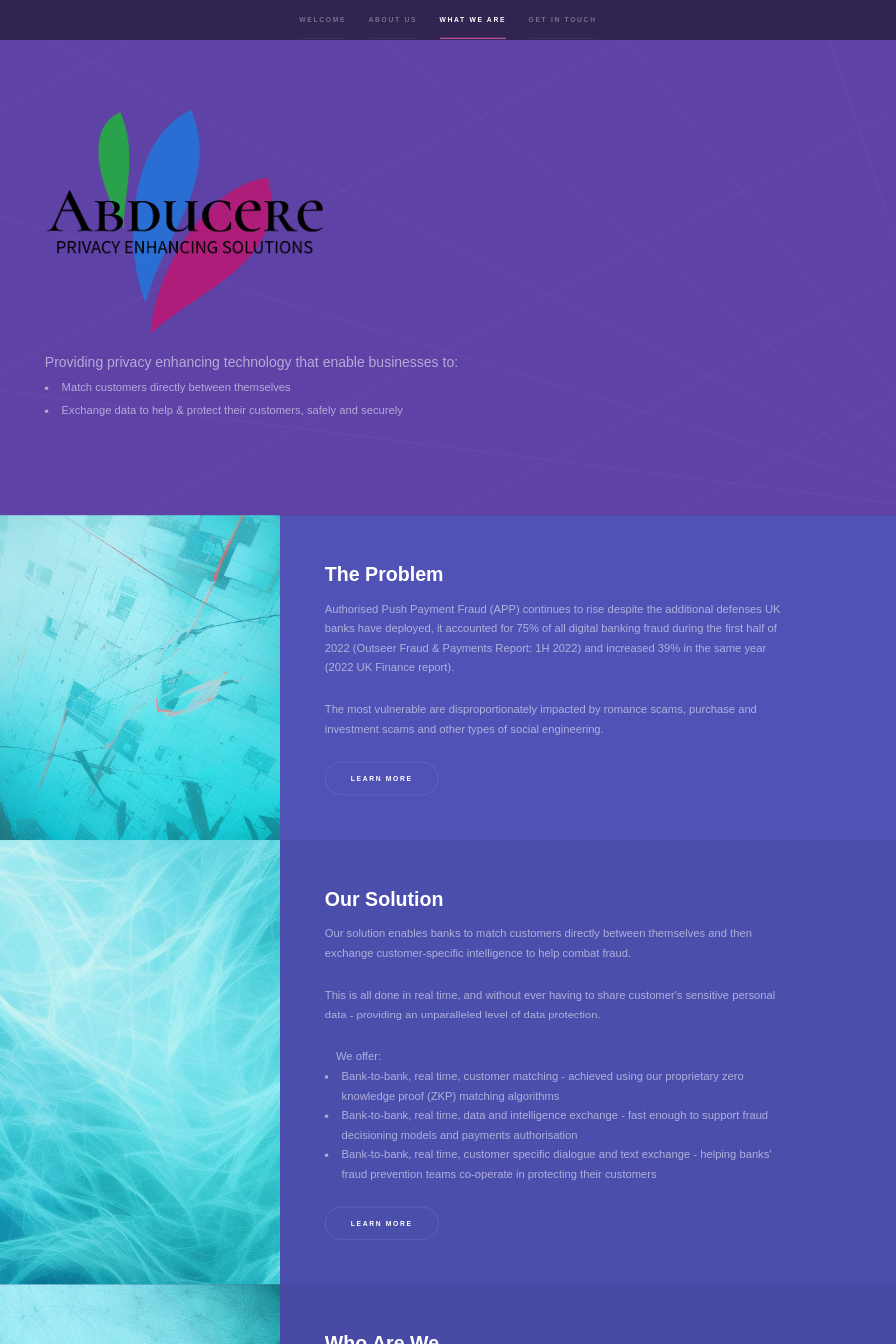
Repository: nocnoc94/nocnoc94.github.io
Page: index.html
The author's editor kept a copy of each file at every save. The page is drawn from the files as they stood at one save, then again after the next save.
The browser window is 1280 px wide. The pictures show the part of the page from y = 0 to 1920 px (the page is 4655 px tall), at 70% of full size.

Above is the page before, as saved 2024-03-20 18:44:40.

### index.html
<!DOCTYPE HTML>
<html>

<head>
  <title>Abducere</title>
  <meta charset="utf-8" />
  <meta name="viewport" content="width=device-width, initial-scale=1, user-scalable=no" />
  <link rel="icon" href="/static/images/favicon.ico" type="image/x-icon">
  <link rel="stylesheet" href="/static/css/main.css" />
  <noscript>
    <link rel="stylesheet" href="/static/css/noscript.css" />
  </noscript>
</head>

<body class="is-preload">

  <!-- Sidebar -->
  <section id="sidebar">
    <div class="inner">
      <nav>
        <ul>
          <li><a href="#intro">Welcome</a></li>
          <li><a href="#one">About us</a></li>
          <li><a href="#two">What we are</a></li>
          <li><a href="#three">Get in touch</a></li>
        </ul>
      </nav>
    </div>
  </section>

  <!-- Wrapper -->
  <div id="wrapper">

    <!-- Intro -->
    <section id="intro" class="wrapper style1 fullscreen fade-up">
      <div class="inner">
        <a id="introLogo" class="image"><img src="/static/images/abducere-logo-1.png" alt=""
            data-position="left left" /></a>
        <!-- <h1>Abducere</h1> -->
        <p id="introText">Providing privacy enhancing technology that enable businesses to: </p>
        <ul>
          <li id="introText">Match customers directly between themselves</li>
          <li id="introText">Exchange data to help & protect their customers, safely and securely</li>
        </ul>
        <ul class="actions">
          <li></li>
        </ul>
      </div>
    </section>

    <!-- One -->
    <section id="one" class="wrapper style2 spotlights">
      <section>
        <a class="image"><img src="/static/images/SD2.png" alt="" data-position="top center" /></a>
        <div class="content">
          <div class="inner">
            <h2>The Problem</h2>
            <p>Authorised Push Payment Fraud (APP) continues to rise
              despite the additional defenses UK banks have deployed, it accounted for 75% of all digital
              banking fraud during the first half of 2022 (Outseer Fraud & Payments Report: 1H 2022) and
              increased 39%
              in the same year (2022 UK Finance report).</p>
            <p>The most vulnerable are
              disproportionately impacted by romance scams, purchase and investment
              scams and other types of social engineering.&nbsp; <br></p>
            <ul class="actions">
              <li><a href="the-problem.html" class="button">Learn more</a></li>
            </ul>
          </div>
        </div>
      </section>
      <section>
        <a class="image"><img src="/static/images/SD3.png" alt="" data-position="25% 25%" /></a>
        <div class="content">
          <div class="inner">
            <h2>Our Solution</h2>
            <p>Our solution enables banks to match customers directly between themselves and then exchange
              customer-specific intelligence to help combat fraud.</p>
            <p>This is all done in real time, and without ever having to share customer's sensitive personal data -
              providing an unparalleled level of data protection. </p>
            <ul> We offer:
              <li>Bank-to-bank, real time, customer matching - achieved using our proprietary zero knowledge proof (ZKP)
                matching algorithms</li>
              <li>Bank-to-bank, real time, data and intelligence exchange - fast enough to support fraud decisioning
                models and payments authorisation</li>
              <li>Bank-to-bank, real time, customer specific dialogue and text exchange - helping banks' fraud
                prevention teams co-operate in protecting their customers</li>
            </ul>
            <ul class="actions">
              <li><a href="our-solution.html" class="button">Learn more</a></li>
            </ul>
          </div>
        </div>
      </section>
      <section>
        <a class="image"><img src="/static/images/SD1.png" alt="" data-position="center center" /></a>
        <div class="content">
          <div class="inner">
            <h2>Who Are We</h2>
            <p>We pioneer in providing a secure, trusted network service dedicated to real-time,
              zero-knowledge proof fuzzy customer matching and data exchange. Our mission is not just to
              connect financial institutions but to revolutionise how they protect and serve their
              customers with utmost privacy and security.
            </p>
            <ul class="actions">
              <li><a href="who-we-are.html" class="button">Learn more</a></li>
            </ul>
          </div>
        </div>
      </section>
    </section>

    <!-- Two -->
    <section id="two" class="wrapper style3 fade-up">
      <div class="inner">
        <h2>What We Are</h2>
        <p>Our privacy-by-design software enables direct peer-to-peer customer matching and information exchange
          between organisations.</p>
        <div class="features">
          <section>
            <span class="icon solid major fa-circle-nodes"></span>
            <h3>Distributed</h3>
            <p>We create a peer-to-peer trusted network of organisations which allows them to match
              customers and exchange
              information through cloud based services and distributed event streaming
              technology.</p>
          </section>
          <section>
            <span class="icon solid major fa-lock"></span>
            <h3>Secure</h3>
            <p>Sensitive customer personal data never has to leave your secure domain.</p>
            <p>Customer matching is done using an array of cryptographic hashes, and our proprietary zero
              knowledge proof (ZKP) matching algorithms.</p>
          </section>
          <section>
            <span class="icon solid major fa-magnifying-glass"></span>
            <h3>Auditable</h3>
            <p>The logic used to determine a customer match across the network is fully traceable and
              auditable.</p>
            <p>We understand how important it is for clients to be able to justify decisions and their
              impact on customer outcomes. We don't use complex 'black box' models.</p>
          </section>
          <section>
            <span class="icon solid major fa-brain"></span>
            <h3>Intelligent</h3>
            <p>Our proprietary fuzzy matching algorithms are at the heart of our
              solution and are protected by a patent. We can match customer data across financial
              institutions, quickly and accurately. The fuzzy logic component means we can overcome common
              challenges such as poor data quality, linguistic variations in names, and outdated contact
              details.</p>
          </section>
          <section>
            <span class="icon solid major fa-bolt-lightning"></span>
            <h3>Fast</h3>
            <p>We use the latest cutting-edge technology and design
              paradigms in order to provide the fastest concurrent exchange of information
              possible, while being highly scalable.</p>
          </section>
          <section>
            <span class="icon solid major fa-award"></span>
            <h3>Validated</h3>
            <p>Our prototype was used successfully by banks in an 2019 FCA
              TechSprint, sponsored by the Financial Regulatory Authority. We worked
              with 5 banks, to help exchange data to spot anomalies across a network.</p>
            <p>We have also worked closely with EY in their 2023 Innovation Lab where we rigorously tested
              our product and tailored it to real world needs faced by the industry</p>
          </section>
        </div>
        <ul class="actions">
          <li></li>
        </ul>
      </div>
    </section>

    <!-- Three -->
    <section id="collaborators" class="wrapper style2">
      <div class="inner">
        <h2 class="major"> In collaboration with</h2>
        <div class="collab-container">
          <a class="collabLogo image"><img src="/static/images/EY-logo.png" alt="" data-position="center center" /></a>
          <!-- <a class="collabLogo image"><img src="/static/images/FCA-logo.png" alt="" data-position="center center" /></a> -->
          <!-- <a class="collabLogo image"><img src="/static/images/Stop-Scams-UK-logo.webp" alt=""
              data-position="center center" /></a> -->
        </div>
      </div>
    </section>

    <!-- Four -->
    <section id="three" class="wrapper style1 fade-up">
      <div class="inner">
        <h2>Get in touch</h2>
        <p>Feel free to get in touch or to book a demo</p>
        <div class="split style1">
          <section>
            <form method="post" action="#">
              <div class="fields">
                <div class="field half">
                  <label for="name">Name</label>
                  <input type="text" name="name" id="name" />
                </div>
                <div class="field half">
                  <label for="email">Email</label>
                  <input type="text" name="email" id="email" />
                </div>
                <div class="field">
                  <label for="message">Message</label>
                  <textarea name="message" id="message" rows="5"></textarea>
                </div>
              </div>
              <ul class="actions">
                <li><a href="" class="button submit">Send Message</a></li>
              </ul>
            </form>
          </section>
          <section>
            <ul class="contact">
              <li>
                <h3>Email</h3>
                <a href="#">information@abducere.com</a>
              </li>
              <li>
                <h3>Social</h3>
                <ul class="icons">
                  <li><a href="https://www.linkedin.com/company/abducere/about/"
                      class="icon brands fa-linkedin-in"><span class="label">LinkedIn</span></a></li>
                </ul>
              </li>
            </ul>
          </section>
        </div>
      </div>
    </section>

  </div>

  <!-- Footer -->
  <footer id="footer" class="wrapper style1-alt">
    <div class="inner">
      <ul class="menu">
        <li>&copy; Abducere. All rights reserved</li>
      </ul>
    </div>
  </footer>

  <!-- Scripts -->
  <script src="/static/js/jquery.min.js"></script>
  <script src="/static/js/jquery.scrollex.min.js"></script>
  <script src="/static/js/jquery.scrolly.min.js"></script>
  <script src="/static/js/browser.min.js"></script>
  <script src="/static/js/breakpoints.min.js"></script>
  <script src="/static/js/util.js"></script>
  <script src="/static/js/main.js"></script>

</body>

</html>

Loaded but not shown: static/css/fontawesome-all.min.css (library); static/js/jquery.min.js (library); static/js/jquery.scrollex.min.js (common file); static/js/jquery.scrolly.min.js (common file); static/js/browser.min.js (common file); static/js/breakpoints.min.js (common file); static/js/util.js (587 lines, source omitted); static/js/main.js (190 lines, source omitted); static/css/main.css (4012 lines, source omitted)

After the next save:
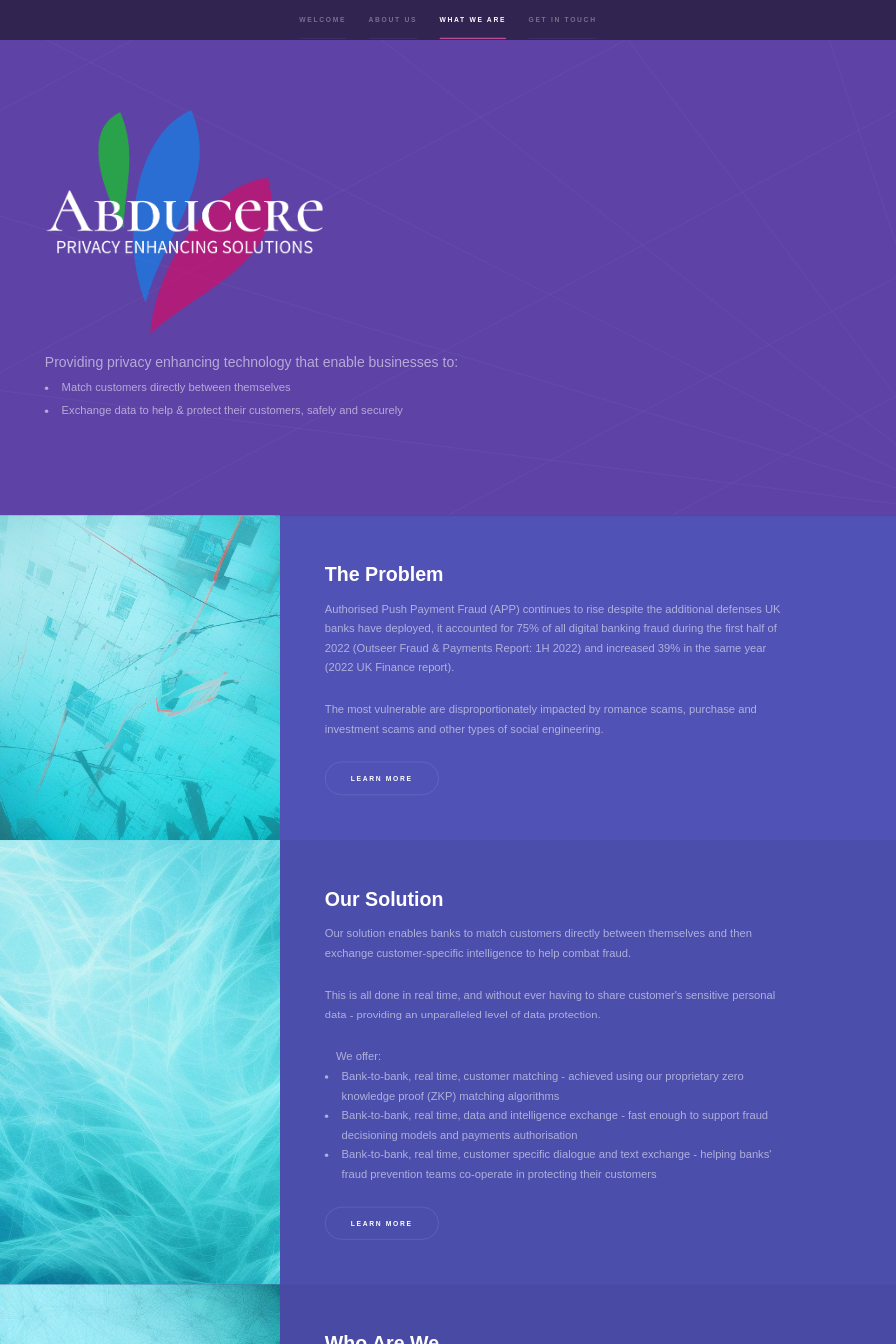
Saved 22 min 38 s later.
--- a/index.html
+++ b/index.html
@@ -34,7 +34,7 @@
     <!-- Intro -->
     <section id="intro" class="wrapper style1 fullscreen fade-up">
       <div class="inner">
-        <a id="introLogo" class="image"><img src="/static/images/abducere-logo-1.png" alt=""
+        <a id="introLogo" class="image"><img src="/static/images/abducere-logo-white-font.png" alt=""
             data-position="left left" /></a>
         <!-- <h1>Abducere</h1> -->
         <p id="introText">Providing privacy enhancing technology that enable businesses to: </p>
